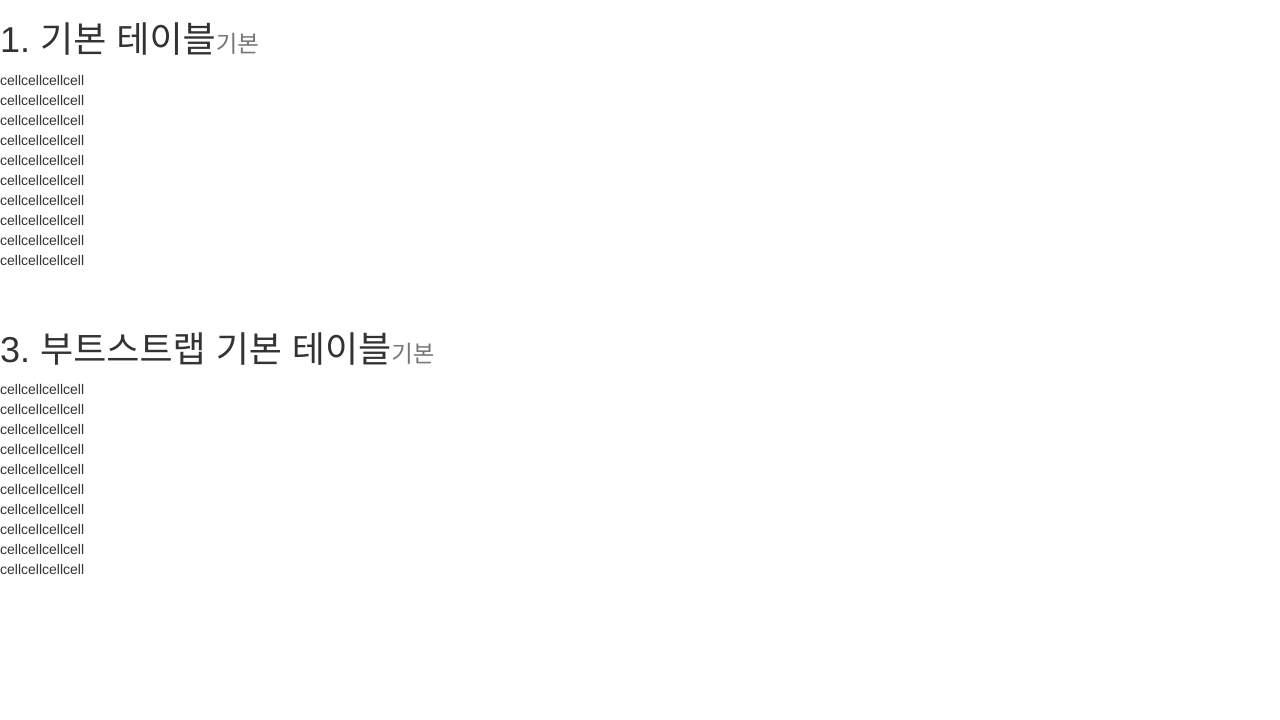
Repository: yhj4130/BootstrapStudy
Page: BootstrapWork/WebContent/BootEx02.html
These files come from the project's save history. The page is drawn as it stood at one moment and after the next save; the edit follows.
The browser window is 1280 px wide. The pictures show the whole page.

Above is the page before, as saved 2019-06-12 01:43:02.

### BootstrapWork/WebContent/BootEx02.html
<!DOCTYPE html>
<html>
<head>
<meta charset="UTF-8">
<title>BootEx02.html</title>

<link rel="stylesheet" href="css/bootstrap.css">
<script type="text/javascript" src="js/jquery-3.4.1.min.js"></script>
<script type="text/javascript" src="js/bootstrap.min.js"></script>

<style type="text/css">
	/* 테이블 기본 서식 */
	#table
	{
		width: 500px;
		border: 1px solid black;
		border-collapse: collapse;
	}

	#table td
	{
		border: 1px solid black;
	}
</style>

</head>
<body>

<h1>1. 기본 테이블<small>기본</small></h1>

<!-- table>(tr>td{cell*4)*10 -->
<table>
	<tr>
		<td>cell</td>
		<td>cell</td>
		<td>cell</td>
		<td>cell</td>
	</tr>
	<tr>
		<td>cell</td>
		<td>cell</td>
		<td>cell</td>
		<td>cell</td>
	</tr>
	<tr>
		<td>cell</td>
		<td>cell</td>
		<td>cell</td>
		<td>cell</td>
	</tr>
	<tr>
		<td>cell</td>
		<td>cell</td>
		<td>cell</td>
		<td>cell</td>
	</tr>
	<tr>
		<td>cell</td>
		<td>cell</td>
		<td>cell</td>
		<td>cell</td>
	</tr>
	<tr>
		<td>cell</td>
		<td>cell</td>
		<td>cell</td>
		<td>cell</td>
	</tr>
	<tr>
		<td>cell</td>
		<td>cell</td>
		<td>cell</td>
		<td>cell</td>
	</tr>
	<tr>
		<td>cell</td>
		<td>cell</td>
		<td>cell</td>
		<td>cell</td>
	</tr>
	<tr>
		<td>cell</td>
		<td>cell</td>
		<td>cell</td>
		<td>cell</td>
	</tr>
	<tr>
		<td>cell</td>
		<td>cell</td>
		<td>cell</td>
		<td>cell</td>
	</tr>
</table>

<br><br>

<h1>3. 부트스트랩 기본 테이블<small>기본</small></h1>

<!-- table>(tr>td{cell*4)*10 -->
<table>
	<tr>
		<td>cell</td>
		<td>cell</td>
		<td>cell</td>
		<td>cell</td>
	</tr>
	<tr>
		<td>cell</td>
		<td>cell</td>
		<td>cell</td>
		<td>cell</td>
	</tr>
	<tr>
		<td>cell</td>
		<td>cell</td>
		<td>cell</td>
		<td>cell</td>
	</tr>
	<tr>
		<td>cell</td>
		<td>cell</td>
		<td>cell</td>
		<td>cell</td>
	</tr>
	<tr>
		<td>cell</td>
		<td>cell</td>
		<td>cell</td>
		<td>cell</td>
	</tr>
	<tr>
		<td>cell</td>
		<td>cell</td>
		<td>cell</td>
		<td>cell</td>
	</tr>
	<tr>
		<td>cell</td>
		<td>cell</td>
		<td>cell</td>
		<td>cell</td>
	</tr>
	<tr>
		<td>cell</td>
		<td>cell</td>
		<td>cell</td>
		<td>cell</td>
	</tr>
	<tr>
		<td>cell</td>
		<td>cell</td>
		<td>cell</td>
		<td>cell</td>
	</tr>
	<tr>
		<td>cell</td>
		<td>cell</td>
		<td>cell</td>
		<td>cell</td>
	</tr>
</table>


</body>
</html>

Loaded but not shown: BootstrapWork/WebContent/css/bootstrap.css (library); BootstrapWork/WebContent/js/jquery-3.4.1.min.js (library); BootstrapWork/WebContent/js/bootstrap.min.js (library)

After the next save:
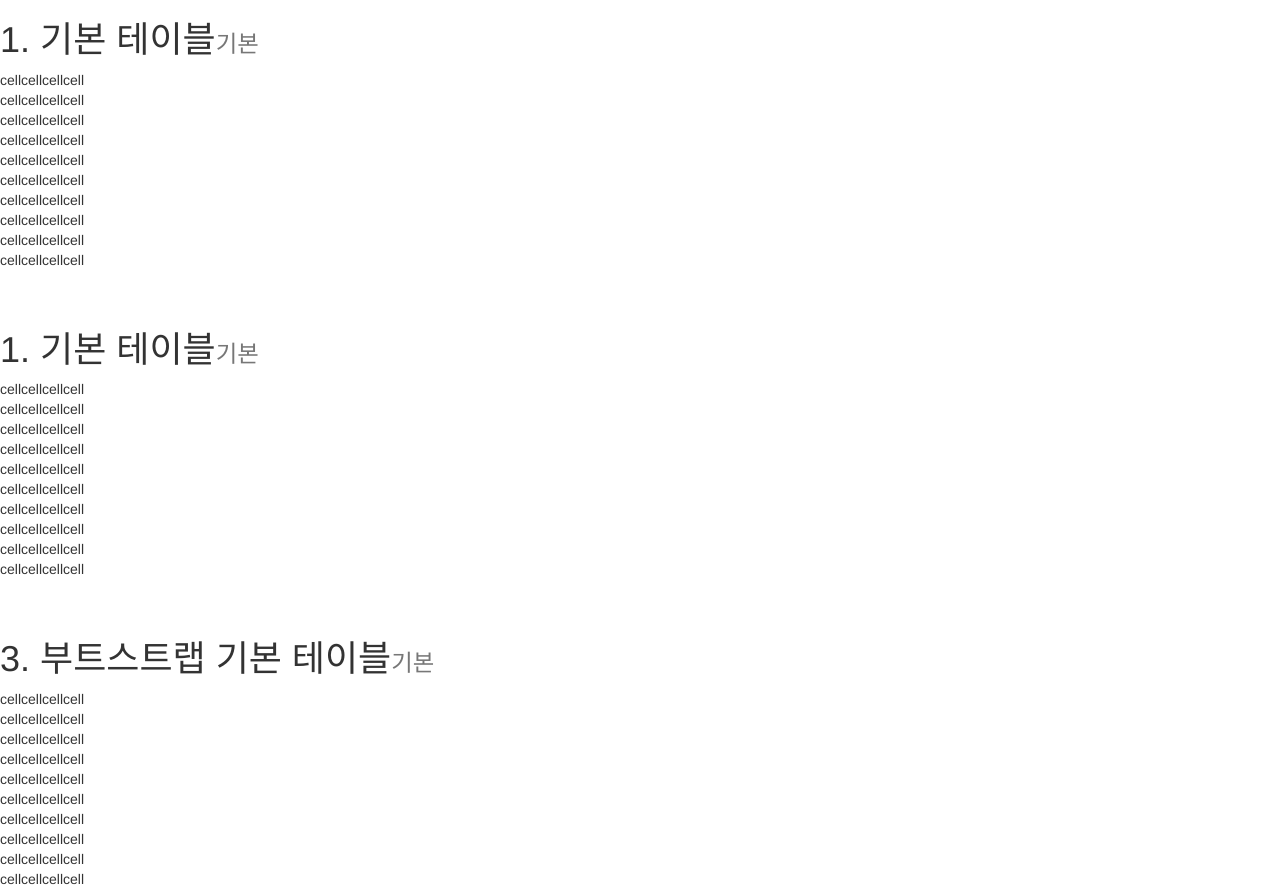
Saved 9 s later.
--- a/BootstrapWork/WebContent/BootEx02.html
+++ b/BootstrapWork/WebContent/BootEx02.html
@@ -94,7 +94,7 @@
 
 <br><br>
 
-<h1>3. 부트스트랩 기본 테이블<small>기본</small></h1>
+<h1>1. 기본 테이블<small>기본</small></h1>
 
 <!-- table>(tr>td{cell*4)*10 -->
 <table>
@@ -160,6 +160,74 @@
 	</tr>
 </table>
 
+<br><br>
+
+<h1>3. 부트스트랩 기본 테이블<small>기본</small></h1>
+
+<!-- table>(tr>td{cell*4)*10 -->
+<table>
+	<tr>
+		<td>cell</td>
+		<td>cell</td>
+		<td>cell</td>
+		<td>cell</td>
+	</tr>
+	<tr>
+		<td>cell</td>
+		<td>cell</td>
+		<td>cell</td>
+		<td>cell</td>
+	</tr>
+	<tr>
+		<td>cell</td>
+		<td>cell</td>
+		<td>cell</td>
+		<td>cell</td>
+	</tr>
+	<tr>
+		<td>cell</td>
+		<td>cell</td>
+		<td>cell</td>
+		<td>cell</td>
+	</tr>
+	<tr>
+		<td>cell</td>
+		<td>cell</td>
+		<td>cell</td>
+		<td>cell</td>
+	</tr>
+	<tr>
+		<td>cell</td>
+		<td>cell</td>
+		<td>cell</td>
+		<td>cell</td>
+	</tr>
+	<tr>
+		<td>cell</td>
+		<td>cell</td>
+		<td>cell</td>
+		<td>cell</td>
+	</tr>
+	<tr>
+		<td>cell</td>
+		<td>cell</td>
+		<td>cell</td>
+		<td>cell</td>
+	</tr>
+	<tr>
+		<td>cell</td>
+		<td>cell</td>
+		<td>cell</td>
+		<td>cell</td>
+	</tr>
+	<tr>
+		<td>cell</td>
+		<td>cell</td>
+		<td>cell</td>
+		<td>cell</td>
+	</tr>
+</table>
+
 
 </body>
 </html>
